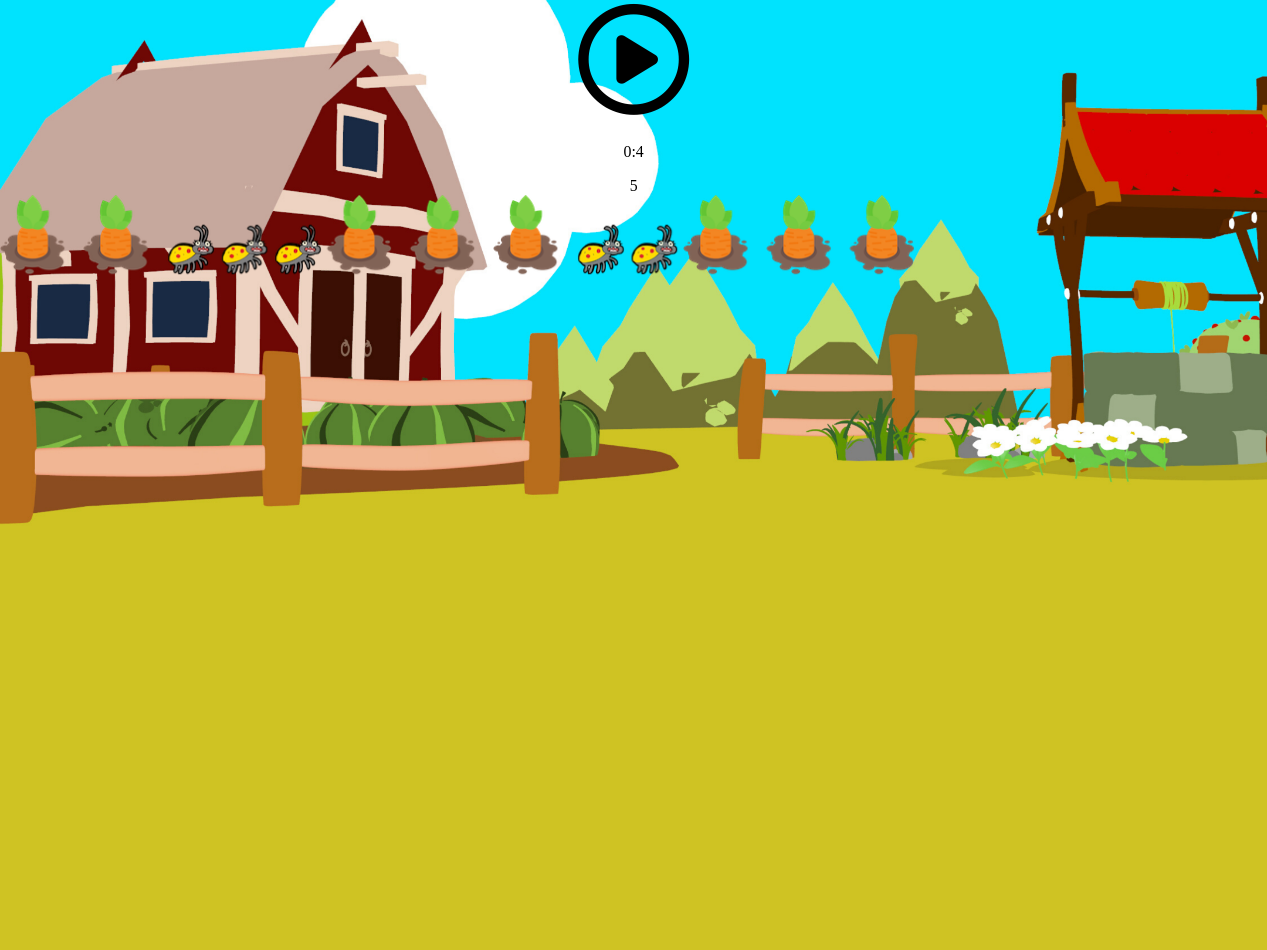
Repository: sephinejo/Mini-carrot-game
Page: index.html
These files come from the project's save history. The page is drawn as it stood at one moment and after the next save; the edit follows.
The browser window is 1280 px wide. The pictures show the whole page, at 99% of full size.
Some web libraries are served in a nearby version.

Above is the page before, as saved 2023-05-14 21:18:02.

After the next save:
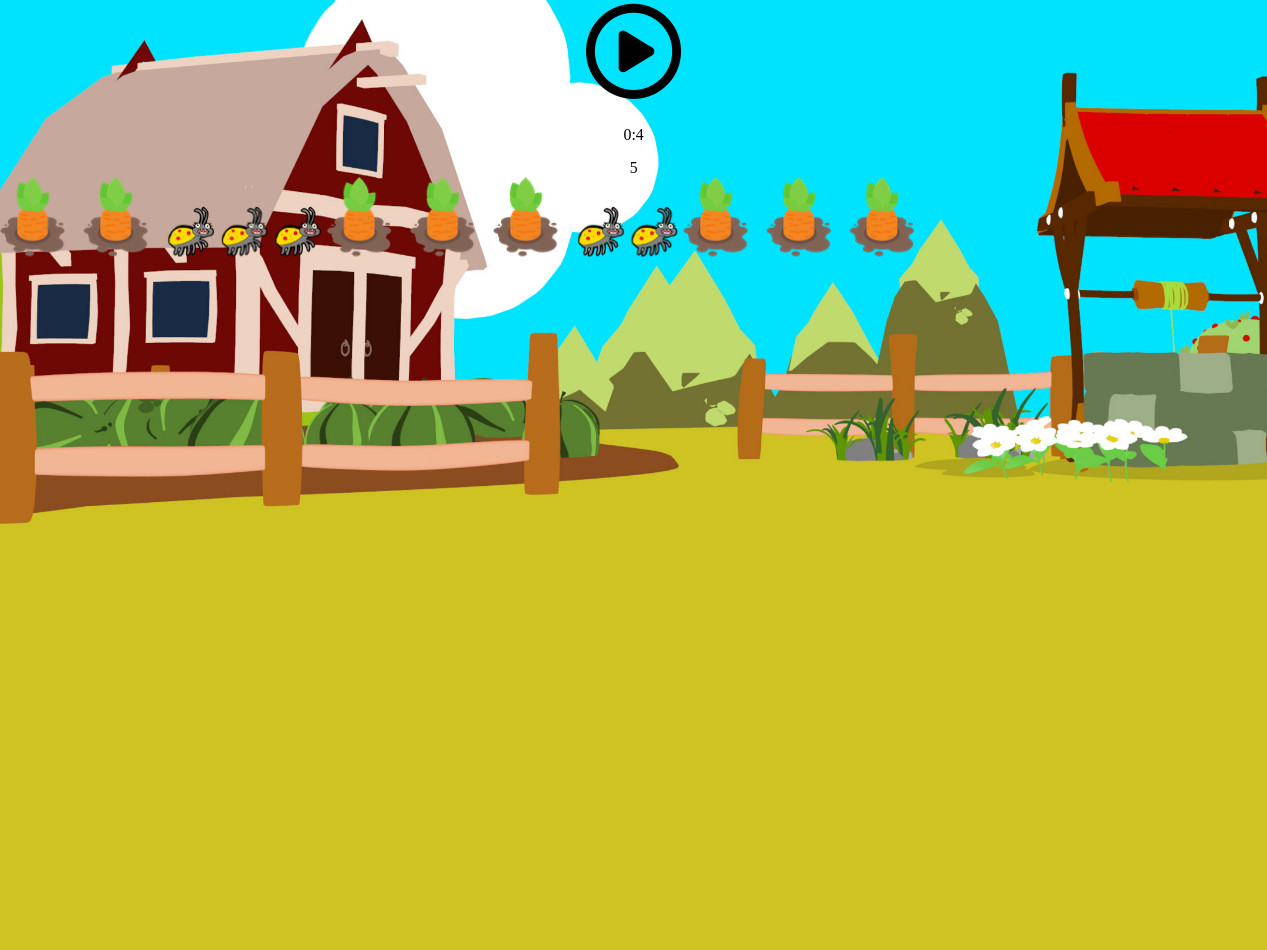
Saved 6 s later.
--- a/style.css
+++ b/style.css
@@ -17,5 +17,5 @@ body {
 }
 
 .info__icon__play {
-  font-size: 7rem;
+  font-size: 6rem;
 }
